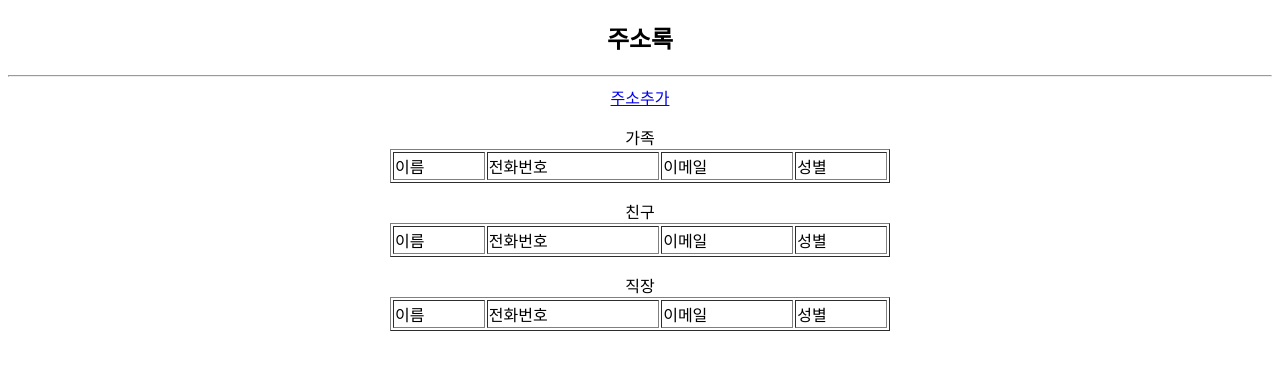
Repository: LeeHyeSu/JSP
Page: http://localhost/PracticeA-02/addr_list_group.jsp
The author's editor kept a copy of each file at every save. The page is drawn from the files as they stood at one save, then again after the next save.
The browser window is 1280 px wide. The pictures show the whole page.
The page is served by Tomcat 9.

Above is the page before, as saved 2017-11-26 07:12:28.

After the next save:
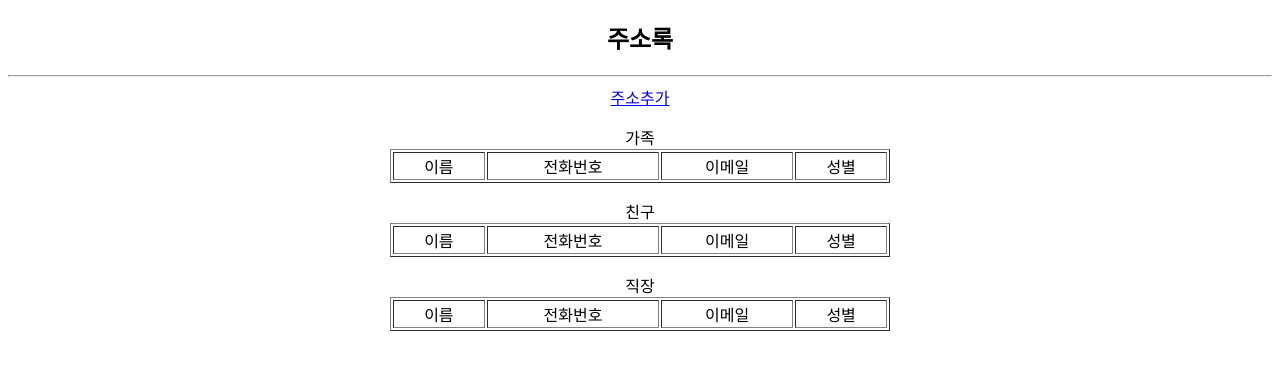
Saved 5 min 43 s later.
--- a/PracticeA-02/WebContent/addr_list_group.jsp
+++ b/PracticeA-02/WebContent/addr_list_group.jsp
@@ -27,7 +27,7 @@
 
 <table border="1" width="500">
 <caption>가족</caption>
-<tr><td>이름</td><td>전화번호</td><td>이메일</td><td>성별</td></tr>
+<tr align="center"><td>이름</td><td>전화번호</td><td>이메일</td><td>성별</td></tr>
 <%
 	for(AddrBean ab : am.getAddrList()) {
 		if(ab.getGroup().equals("가족")) {
@@ -40,7 +40,7 @@
 
 <table border="1" width="500">
 <caption>친구</caption>
-<tr><td>이름</td><td>전화번호</td><td>이메일</td><td>성별</td></tr>
+<tr align="center"><td>이름</td><td>전화번호</td><td>이메일</td><td>성별</td></tr>
 <%
 	for(AddrBean ab : am.getAddrList()) {
 		if(ab.getGroup().equals("친구")) {
@@ -53,7 +53,7 @@
 
 <table border="1" width="500">
 <caption>직장</caption>
-<tr><td>이름</td><td>전화번호</td><td>이메일</td><td>성별</td></tr>
+<tr align="center"><td>이름</td><td>전화번호</td><td>이메일</td><td>성별</td></tr>
 <%
 	for(AddrBean ab : am.getAddrList()) {
 		if(ab.getGroup().equals("직장")) {
